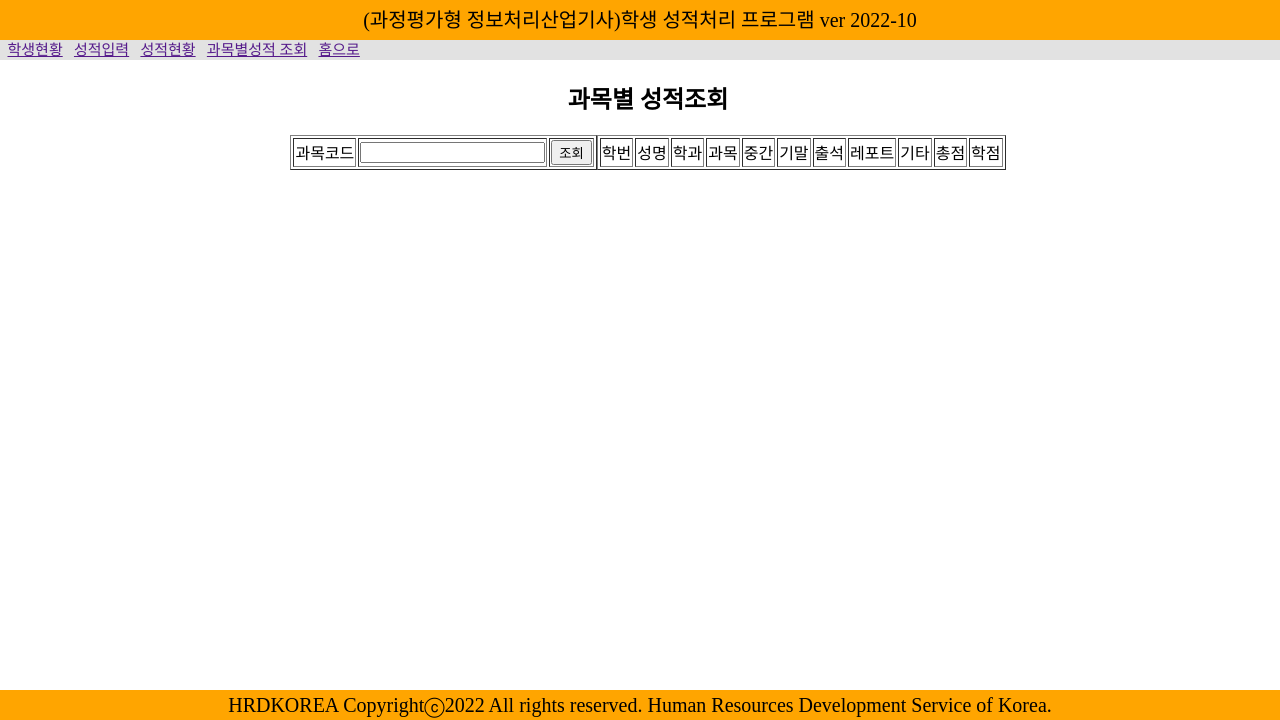
Repository: YeoJeongmo/hrdKorea
Page: http://localhost/HRD_01/sub_score.jsp
An editor plug-in stored every save of this project. The page is shown before and after the next save, followed by the edit.
The browser window is 1280 px wide. The pictures show the whole page.
The page is served by Tomcat 9. Other server files are loaded and not shown.

Above is the page before, as saved 2024-09-02 13:09:09.

### cbq_02/workspace/HRD_01/src/main/webapp/sub_score.jsp
<%@ page language="java" contentType="text/html; charset=UTF-8"
    pageEncoding="UTF-8"%>
<!DOCTYPE html>
<html>
<head>
<meta charset="UTF-8">
<title>Insert title here</title>
</head>
<body>
<jsp:include page="header.jsp"></jsp:include>

<section style="position: fixed; top: 60px; width: 100%;">
	<h2 style="text-align: center;">과목별 성적조회</h2>
	<form name="frm" style="display: flex; width: 100%; justify-content: center; text-align: center">
		<table border="1">
			<tr>
				<td> 과목코드 </td>
				<td> <input type="text" name="sub_code"> </td>
				<td> <input type="button" value="조회"> </td>
			</tr>
		</table>
		<table border="1">
			<tr>
				<td> 학번 </td>
				<td> 성명 </td>
				<td> 학과 </td>
				<td> 과목 </td>
				<td> 중간 </td>
				<td> 기말 </td>
				<td> 출석 </td>
				<td> 레포트 </td>
				<td> 기타 </td>
				<td> 총점 </td>
				<td> 학점 </td>
			</tr>
		</table>
	</form>
</section>
<jsp:include page="footer.jsp"></jsp:include>
</body>
</html>

### cbq_02/workspace/HRD_01/src/main/webapp/header.jsp
<%@ page language="java" contentType="text/html; charset=UTF-8"
    pageEncoding="UTF-8"%>
<!DOCTYPE html>
<html>
<head>
<meta charset="UTF-8">
<title>Insert title here</title>
</head>
<body>

<header style="position: fixed; top: 0; left: 0; width: 100%; line-height: 40px; height: 40px; font-size: 20px; background-color: orange; color: black; text-align: center;">(과정평가형 정보처리산업기사)학생 성적처리 프로그램 ver 2022-10</header>
<nav style="position: fixed; top: 40px; left: 0; width: 100%; line-height: 20px; height: 20px; font-size: 15px; background-color: #e2e2e2; color: black;">
&nbsp;&nbsp;<a href="">학생현황</a>
&nbsp;&nbsp;<a href="">성적입력</a>
&nbsp;&nbsp;<a href="">성적현황</a>
&nbsp;&nbsp;<a href="">과목별성적 조회</a>
&nbsp;&nbsp;<a href="">홈으로</a>
</nav>

</body>
</html>

### cbq_02/workspace/HRD_01/src/main/webapp/footer.jsp
<%@ page language="java" contentType="text/html; charset=UTF-8"
    pageEncoding="UTF-8"%>
<!DOCTYPE html>
<html>
<head>
<meta charset="UTF-8">
<title>Insert title here</title>
</head>
<body>

<footer style="position: fixed; bottom: 0; left: 0; width: 100%; line-height: 30px; height: 30px; font-size: 20px; background-color: orange; color: black; text-align: center;">HRDKOREA Copyrightⓒ2022 All rights reserved. Human Resources Development Service of Korea.</footer>
</body>
</html>

After the next save:
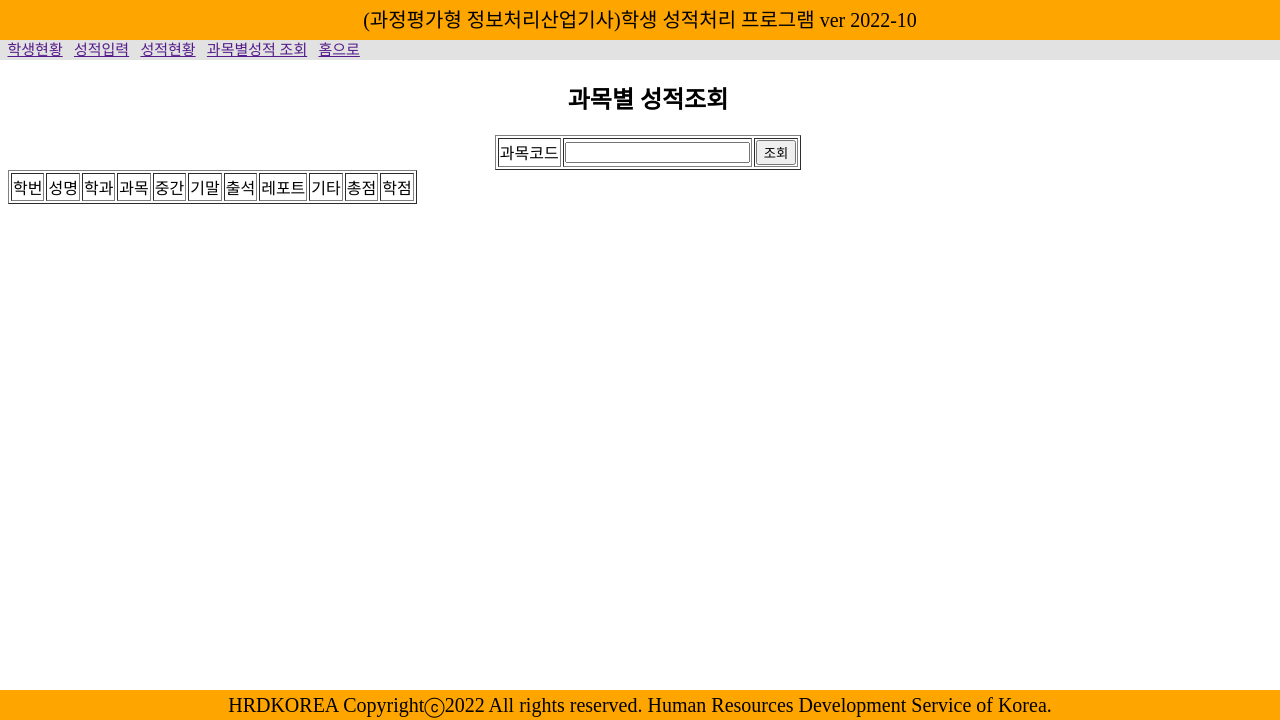
Saved 23 s later.
--- a/cbq_02/workspace/HRD_01/src/main/webapp/sub_score.jsp
+++ b/cbq_02/workspace/HRD_01/src/main/webapp/sub_score.jsp
@@ -19,22 +19,22 @@
 				<td> <input type="button" value="조회"> </td>
 			</tr>
 		</table>
-		<table border="1">
-			<tr>
-				<td> 학번 </td>
-				<td> 성명 </td>
-				<td> 학과 </td>
-				<td> 과목 </td>
-				<td> 중간 </td>
-				<td> 기말 </td>
-				<td> 출석 </td>
-				<td> 레포트 </td>
-				<td> 기타 </td>
-				<td> 총점 </td>
-				<td> 학점 </td>
-			</tr>
-		</table>
 	</form>
+	<table border="1">
+		<tr>
+			<td> 학번 </td>
+			<td> 성명 </td>
+			<td> 학과 </td>
+			<td> 과목 </td>
+			<td> 중간 </td>
+			<td> 기말 </td>
+			<td> 출석 </td>
+			<td> 레포트 </td>
+			<td> 기타 </td>
+			<td> 총점 </td>
+			<td> 학점 </td>
+		</tr>
+	</table>
 </section>
 <jsp:include page="footer.jsp"></jsp:include>
 </body>
